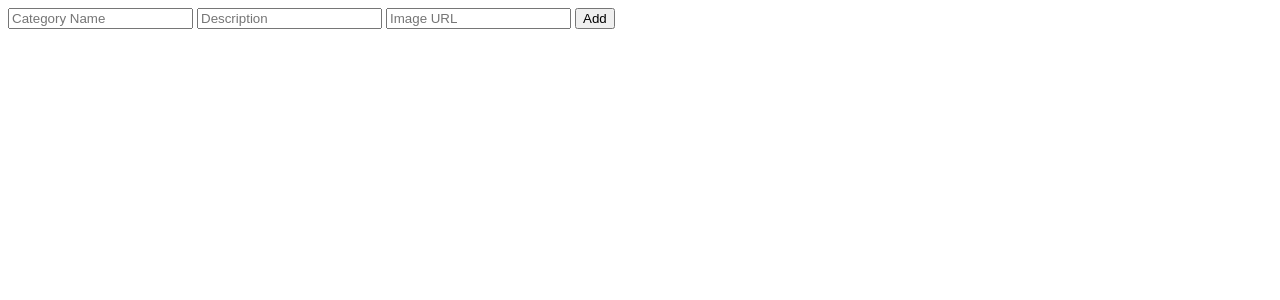
Repository: SarkarSubhajit/Advenced_Java
Page: FirstProject/src/main/webapp/addCategory.html
An editor plug-in stored every save of this project. The page is shown before and after the next save, followed by the edit.
The browser window is 1280 px wide. The pictures show the whole page.

Above is the page before, as saved 2025-12-05 19:53:14.

### FirstProject/src/main/webapp/addCategory.html
<!DOCTYPE html>
<html>
<head>
<meta charset="UTF-8">
<title>Insert title here</title>
</head>
<body>
	<form action="AddCategory" method="post" >
		<input type="text" name="categoryName" placeholder="Category Name" />
		<input type="text" name="description" placeholder="Description" />
		<input type="text" name="imageURL" placeholder="Image URL" />

		<input type="submit" value="Add" />
	</form>
</body>
</html>

After the next save:
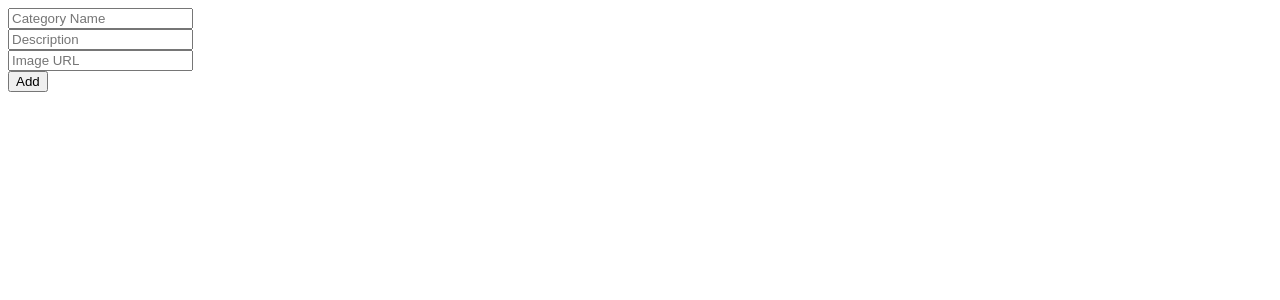
Saved 31 s later.
--- a/FirstProject/src/main/webapp/addCategory.html
+++ b/FirstProject/src/main/webapp/addCategory.html
@@ -6,9 +6,9 @@
 </head>
 <body>
 	<form action="AddCategory" method="post" >
-		<input type="text" name="categoryName" placeholder="Category Name" />
-		<input type="text" name="description" placeholder="Description" />
-		<input type="text" name="imageURL" placeholder="Image URL" />
+		<input type="text" name="categoryName" placeholder="Category Name" /><br />
+		<input type="text" name="description" placeholder="Description" /><br />
+		<input type="text" name="imageURL" placeholder="Image URL" /><br />
 
 		<input type="submit" value="Add" />
 	</form>
